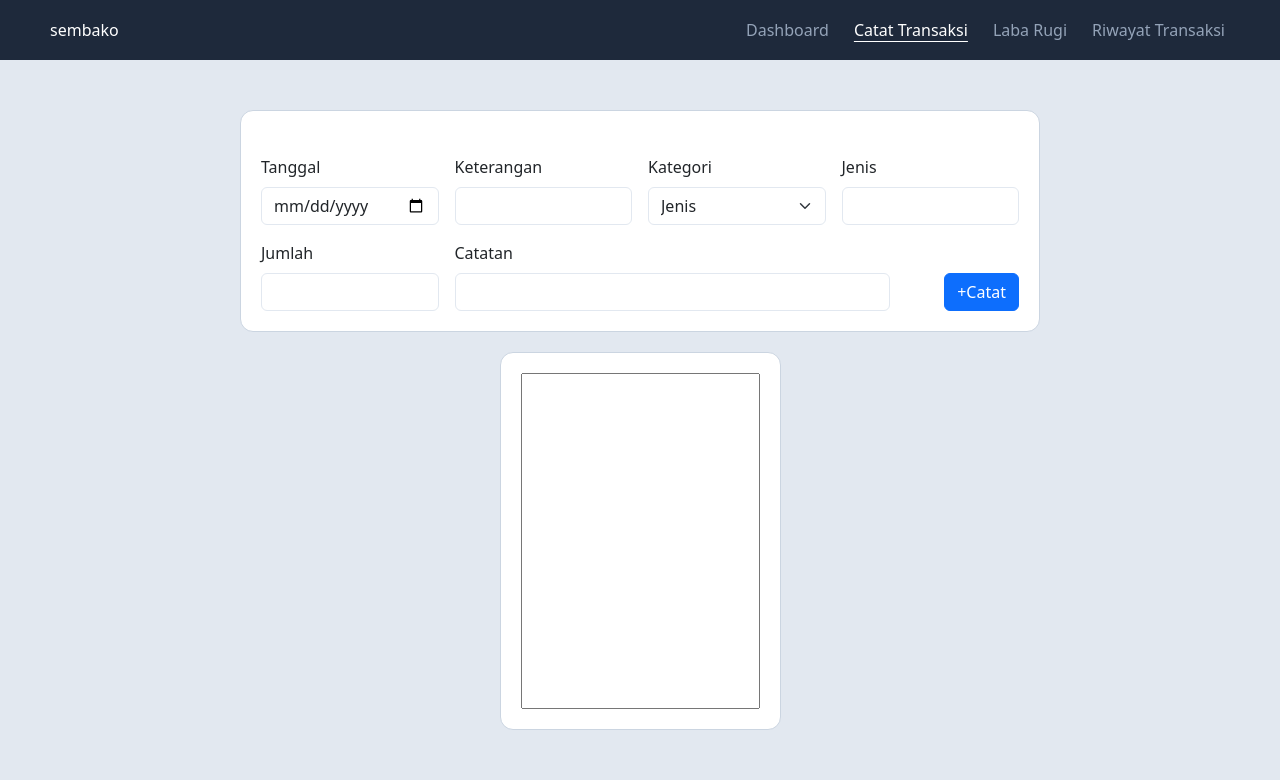
Repository: musdalifahzahra/Projek-Akhir-PWD-2026
Page: http://localhost/3-catat-transaksi.php
An editor plug-in stored every save of this project. The page is shown before and after a run of saves, followed by the edit.
The browser window is 1280 px wide. The pictures show the whole page.
The page is run by PHP 8.4 with error messages shown; the project is at /var/www/html/.

Above is the page before, as saved 2026-04-10 17:33:42.

After the next 2 saves:
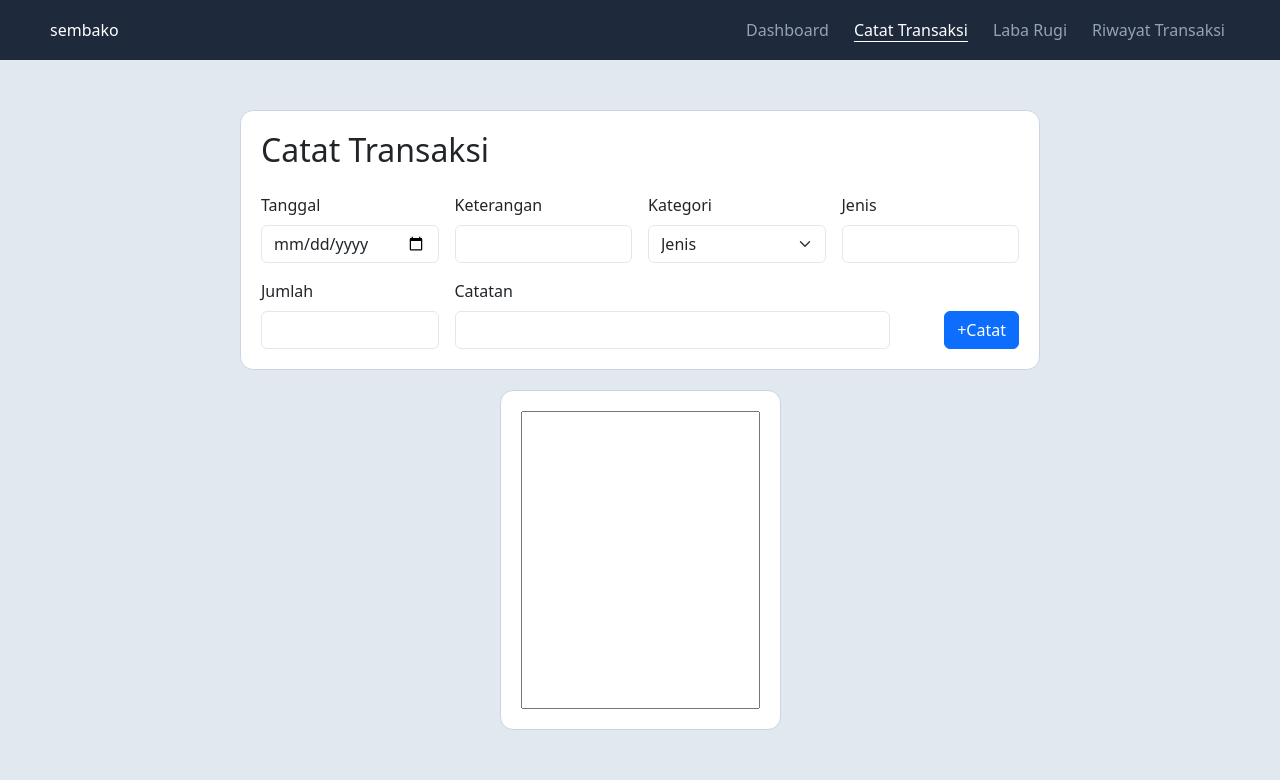
The 2 saves are shown as one change because they came seconds apart.
The last was saved 11 s later.
--- a/3-catat-transaksi.php
+++ b/3-catat-transaksi.php
@@ -29,7 +29,7 @@
         <!-- input transaksi -->
         <div class="input-transaksi template">
             <form class="row g-3">
-                <h2></h2>
+                <h2>Catat Transaksi</h2><br>
                 <!-- tanggal -->
                 <div class="col-md-3">
                     <label for="tanggal" class="form-label">Tanggal</label>
